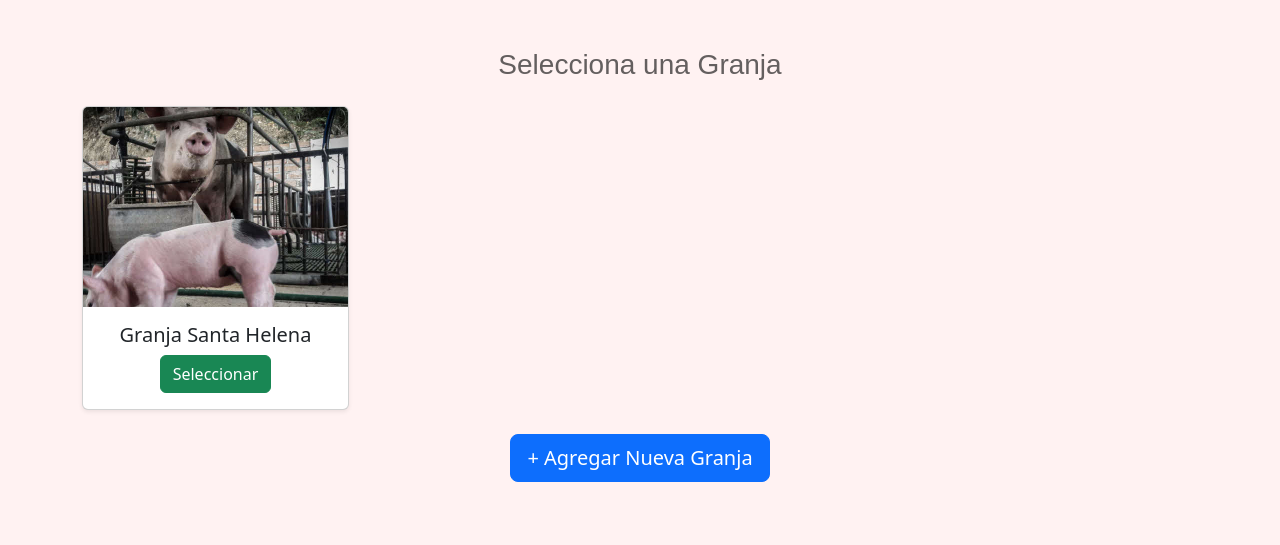
Repository: Mateojimenezz/Granja-Santa-Helena
Page: seleccionarGranja.html
The author's editor kept a copy of each file at every save. The page is drawn from the files as they stood at one save, then again after the next save.
The browser window is 1280 px wide. The pictures show the whole page.
Some web fonts or font styles are not loaded; a fallback is used.

Above is the page before, as saved 2025-05-13 09:34:25.

### seleccionarGranja.html
<!DOCTYPE html>
<html lang="es">
<head>
    <meta charset="UTF-8">
    <meta name="viewport" content="width=device-width, initial-scale=1.0">
    <title>La Granja</title>
    <link href="https://cdn.jsdelivr.net/npm/bootstrap@5.3.3/dist/css/bootstrap.min.css" rel="stylesheet" integrity="sha384-QWTKZyjpPEjISv5WaRU9OFeRpok6YctnYmDr5pNlyT2bRjXh0JMhjY6hW+ALEwIH" crossorigin="anonymous">

    <link rel="stylesheet" href="./assets/css/seleccionarGranja.css">
    <link rel="stylesheet" href="https://cdn.jsdelivr.net/npm/bootstrap-icons@1.11.3/font/bootstrap-icons.min.css">
    <link href="https://fonts.googleapis.com/css2?family=Calistoga&display=swap" rel="stylesheet">

  </head>
<body>
    <div class="container mt-5">
        <h3 class="text-center mb-4">Selecciona una Granja</h3>

        <div class="row g-3" id="granjas-list">
            <!-- Primera granja fija -->
            <div class="col-md-3">
                <div class="card shadow-sm">
                    <img src="./assets/img/granja2.jpg" class="card-img-top" alt="Santa Helena">
                    <div class="card-body text-center">
                        <h5 class="card-title">Granja Santa Helena</h5>
                        <button class="btn btn-success" onclick="seleccionarGranja('Santa Helena')">Seleccionar</button>
                    </div>
                </div>
            </div>

            <!-- Aquí se agregarán las granjas dinámicamente -->
        </div>

        <!-- Botón para ir a la página de agregar nueva granja -->
        <div class="text-center mt-4">
            <a href="agregarGranja.html" class="btn btn-primary btn-lg">+ Agregar Nueva Granja</a>
        </div>
    </div>






  <!-- bootstrap JS -->
  <script src="https://cdn.jsdelivr.net/npm/bootstrap@5.3.3/dist/js/bootstrap.bundle.min.js" integrity="sha384-YvpcrYf0tY3lHB60NNkmXc5s9fDVZLESaAA55NDzOxhy9GkcIdslK1eN7N6jIeHz" crossorigin="anonymous"></script>
  <script src="./assets/js/seleccionarGranja.js"></script>




</body>

</html>

### assets/css/seleccionarGranja.css

@import "./variables.css";
body{
    background-color: var( --color-FondoDiv2);
}
.granja-container {
    display: flex;
    flex-wrap: wrap;
    gap: 20px;
}
.container h3 {
    text-align: center;
    margin-bottom: 20px;
    color: var(--color-TextoMenuLateral);
    font-family: var(--font-principal);
}
.granja-card {
    width: 150px;
    margin: 10px;
    padding: 10px;
    border: 1px solid #ccc;
    border-radius: 8px;
    text-align: center;
    box-shadow: 2px 2px 10px rgba(0,0,0,0.2);
}



.granja-card button {
    margin-top: 10px;
    background-color: #007bff;
    color: white;
    border: none;
    padding: 5px 10px;
    cursor: pointer;
    border-radius: 5px;
}
.card-img-top {
    width: 100%;
    height: 200px; /* Ajusta según el diseño */
    object-fit: cover; /* Recorta la imagen para que se ajuste sin deformarse */

}
.btn-form{
    background-color: var(  --color-Botones);
    padding: 10px 35px;
    margin-bottom: 10px;
    border: none;
    border-radius: 30px;
    color: black;
    font-weight: bold;
    box-shadow: 0 2px 4px 1px  rgba(25, 157, 60, 0.6) /* Sombra verde */

  }
  .btn-form:hover {
    background-color: #f4cf50; /* Tonalidad más oscura */
    color: black;
  }
  .btn-form:active {
    background-color:var(--color-principal)!important;
    color: white !important;
    box-shadow: none !important;
  }
  #granjas-list {
    display: flex;
    flex-wrap: wrap; /* Las granjas se acomodan automáticamente */
    gap: 15px; /* Espaciado entre granjas */
}

#agregar-granja {
    align-self: flex-start; /* Asegura que el botón se mantenga al lado */
}

### assets/js/seleccionarGranja.js
// ✅ Mostrar vista previa de imagen antes de guardarla
document.getElementById("imagen")?.addEventListener("change", function(event) {
    const file = event.target.files[0];
    const reader = new FileReader();

    reader.onload = function() {
        document.getElementById("preview").src = reader.result;
        document.getElementById("preview").style.display = "block";
    };

    if (file) {
        reader.readAsDataURL(file);
    }
});

// ✅ Guardar nueva granja y redirigir a `seleccionarGranja.html`
document.getElementById("form-granja")?.addEventListener("submit", function(event) {
    event.preventDefault();

    const nombreGranja = document.getElementById("nombre").value;
    const urlImagen = document.getElementById("preview").src;

    if (nombreGranja && urlImagen) {
        let granjas = JSON.parse(localStorage.getItem("granjas")) || [];
        granjas.push({ nombre: nombreGranja, imagen: urlImagen });
        localStorage.setItem("granjas", JSON.stringify(granjas));

        alert("Granja agregada correctamente!");

        window.location.href = "seleccionarGranja.html"; // Redirigir
    }
});

// ✅ Cargar las granjas guardadas en `seleccionarGranja.html`
document.addEventListener("DOMContentLoaded", function() {
    const listaGranjas = document.getElementById("granjas-list");
    let granjas = JSON.parse(localStorage.getItem("granjas")) || [];

    if (granjas.length === 0) {
        console.warn("No hay granjas en el localStorage.");
    }

    granjas.forEach(granja => {
        const nuevaGranja = document.createElement("div");
        nuevaGranja.classList.add("col-md-3");

        nuevaGranja.innerHTML = `
            <div class="card shadow-sm">
                <img src="${granja.imagen}" class="card-img-top" alt="Imagen de ${granja.nombre}">
                <div class="card-body text-center">
                    <h5 class="card-title">${granja.nombre}</h5>
                    <button class="btn btn-success" onclick="seleccionarGranja('${granja.nombre}')">Seleccionar</button>
                </div>
            </div>
        `;

        listaGranjas.appendChild(nuevaGranja);
    });
});

function seleccionarGranja(nombre) {
    alert(`Has seleccionado la granja: ${nombre}`);
    localStorage.setItem("granjaSeleccionada", nombre);
    window.location.href = "dashboard.html"; // Redirigir a la vista de la granja
}

// ✅ Guardar la granja seleccionada y redirigir a `inicio.html`
function seleccionarGranja(nombre) {
    localStorage.setItem("granjaSeleccionada", nombre);
    window.location.href = "paginaDeInicio.html"; // Redirigir a la página principal
}

### assets/css/variables.css
/* variables.css */
:root {
    --color-principal: #1CAD48 ;
    --color-Botones: rgba(255, 187, 0, 0.47);
    --color-texto: white;
    --color-fondo: #f5f5f5;
    --font-principal: 'calistoga','arial';
    --color-fondoDiv: #F8E91C;
    --color-FondoDiv2:#FFF2F2;
    --color-Footter: #D9D9D9;
    --letra-gris: #B0B0B7;
    --color-menu-lateral:#BDEAAD;
    --color-TextoMenuLateral:#645f5f; /* Color de texto del menú lateral */
    --fondo-formularios:#FFFFFF; /* Color de fondo de los formularios */
  }

After the next save:
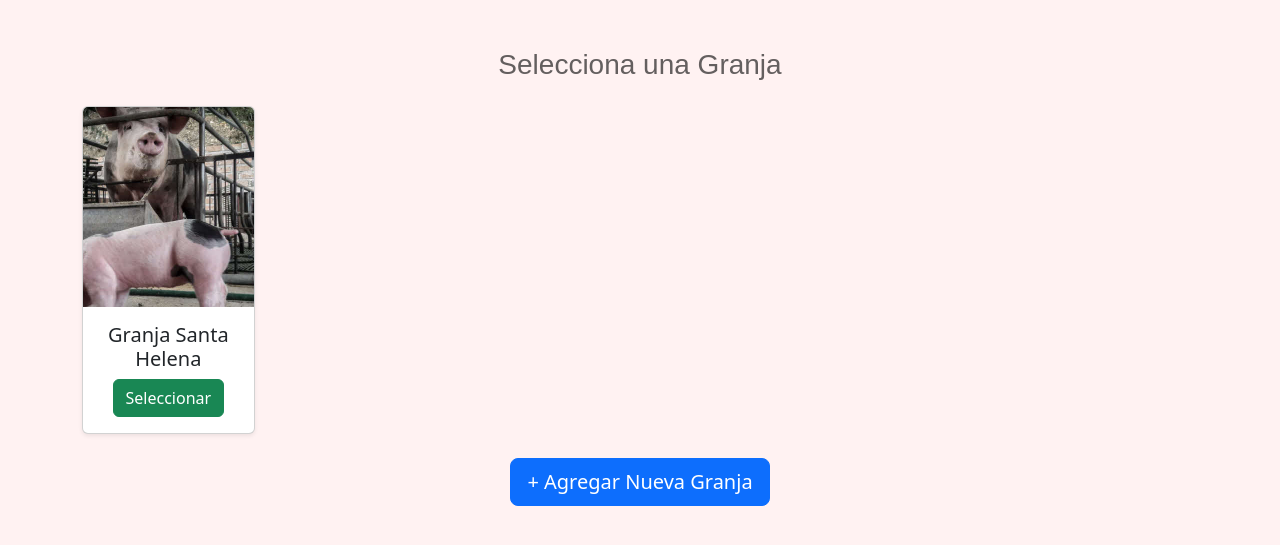
Saved 23 s later.
--- a/seleccionarGranja.html
+++ b/seleccionarGranja.html
@@ -17,7 +17,7 @@
 
         <div class="row g-3" id="granjas-list">
             <!-- Primera granja fija -->
-            <div class="col-md-3">
+            <div class="col-md-2">
                 <div class="card shadow-sm">
                     <img src="./assets/img/granja2.jpg" class="card-img-top" alt="Santa Helena">
                     <div class="card-body text-center">

After the save that followed:
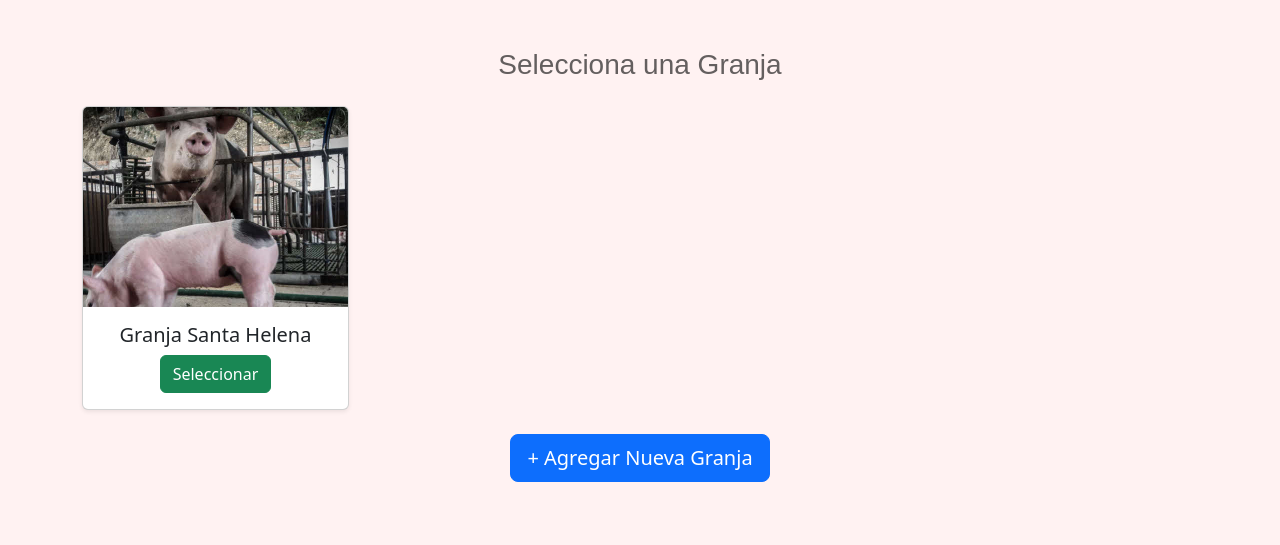
Saved 22 s later.
--- a/seleccionarGranja.html
+++ b/seleccionarGranja.html
@@ -17,7 +17,7 @@
 
         <div class="row g-3" id="granjas-list">
             <!-- Primera granja fija -->
-            <div class="col-md-2">
+            <div class="col-md-3">
                 <div class="card shadow-sm">
                     <img src="./assets/img/granja2.jpg" class="card-img-top" alt="Santa Helena">
                     <div class="card-body text-center">
